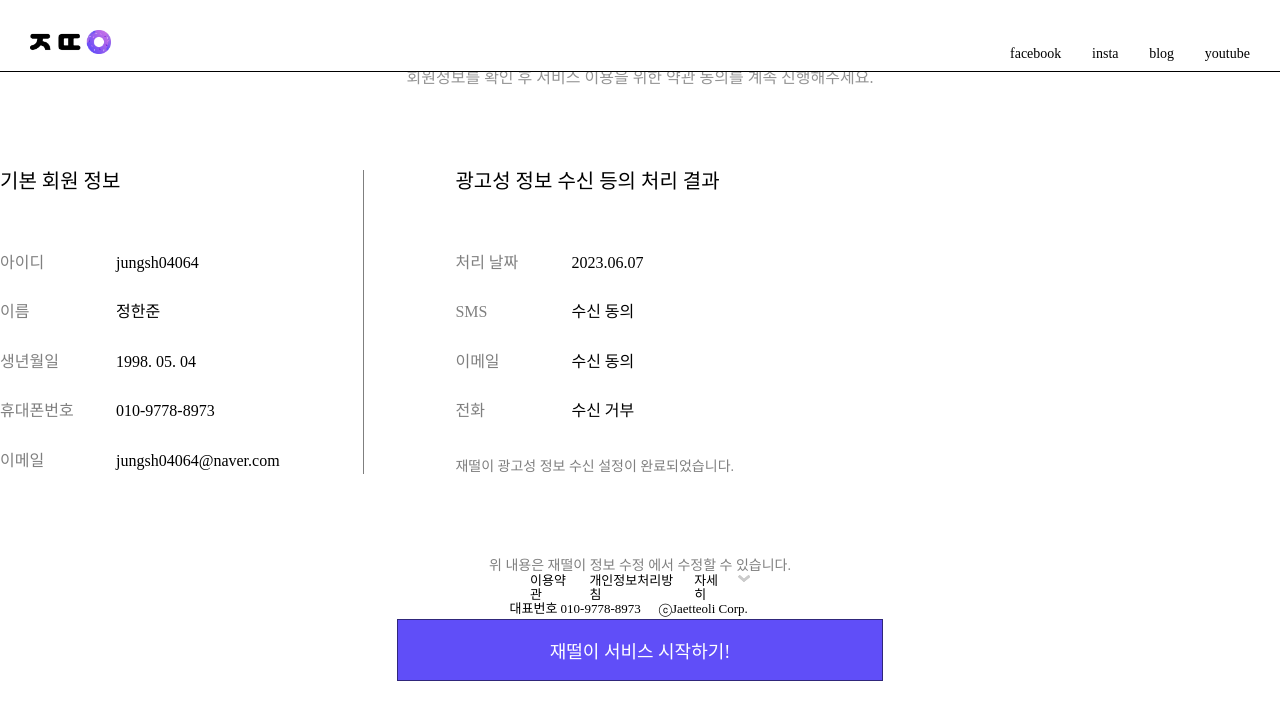
Repository: raoniee/Jaetteoli-React-Project
Page: /signup/complete
The author's editor kept a copy of each file at every save. The page is drawn from the files as they stood at one save, then again after the next save.
The browser window is 1280 px wide. The pictures show the whole page.
Some web fonts or font styles are not loaded; a fallback is used. The project was rebuilt for these pictures with package versions that can differ from the ones it lists, and the page was loaded fresh each time. Also part of the build but not shown: src/component/main/ManageReview.module.css, src/component/main/ReviewContainer.module.css, src/component/main/ReviewItem.module.css, src/component/main/ReviewItem.js, src/component/main/ReviewContainer.js, src/component/sidebar/SideBar.module.css, src/component/sidebar/SideBar.js, src/component/main/ManageReview.js and 53 more.

Above is the page before, as saved 2023-07-06 21:51:06.

### public/index.html
<!DOCTYPE html>
<html lang="en">
<script src="//t1.daumcdn.net/mapjsapi/bundle/postcode/prod/postcode.v2.js"></script>
<head>
  <meta charset="utf-8" />
  <link rel="icon" href="%PUBLIC_URL%/favicon.ico" />
  <meta name="viewport" content="width=device-width, initial-scale=1" />
  <meta name="theme-color" content="#000000" />
  <meta name="description" content="Web site created using create-react-app" />
  <link rel="apple-touch-icon" href="%PUBLIC_URL%/logo192.png" />
  <link rel="manifest" href="%PUBLIC_URL%/manifest.json" />
  <title>재떨이</title>
</head>

<body>
  <div id="overlays"></div>
  <div id="root"></div>
</body>

</html>

### src/App.js
import Header from "./component/header/Header";
import ManageReview from "./component/main/ManageReview";
import TodayMenu from "./component/main/TodayMenu";
import TodayOrder from "./component/main/TodayOrder";
import ManageSale from "./component/main/ManageSale";

// Membership
import MembershipStart from "./component/memberShip/MembershipStart";
import MembershipInformation from "./component/memberShip/MembershipInformation";
import MembershipEnd from "./component/memberShip/MembershipEnd";

// login
import LoginStart from "./component/login/LoginStart";
import IDSearch from "./component/login/IDSearch";
import IDShow from "./component/login/IDShow";
import PasswordNew from "./component/login/PasswordNew";

import Regist1 from "./component/register/Regist1";
import Regist2 from "./component/register/Regist2";
import Regist3 from "./component/register/Regist3";

import { RouterProvider, createBrowserRouter } from "react-router-dom";
import SideBar from "./component/sidebar/SideBar";
import Home from "./component/home/Home";

const router = createBrowserRouter([
  { path: "/", element: <Home /> },
  // Membership
  { path: "/signup/agree", element: <MembershipStart /> },
  { path: "/signup/begin", element: <MembershipInformation /> },
  { path: "/signup/complete", element: <MembershipEnd /> },
  // login
  { path: "/login", element: <LoginStart /> },
  { path: "/help", element: <IDSearch /> },
  { path: "/help/complete", element: <IDShow /> },
  { path: "/help/new-pw", element: <PasswordNew /> },
  //
  { path: "/today/menu", element: <TodayMenu /> },
  { path: "/today/order", element: <TodayOrder /> },
  { path: "/review", element: <ManageReview /> },
  { path: "/sales", element: <ManageSale /> },
  { path: "/register/store", element: <Regist1 /> },
  { path: "/register/menu", element: <Regist2 /> },
  { path: "/register/origin", element: <Regist3 /> },
]);

function App() {
  return <RouterProvider router={router} />;
}

export default App;

### src/store/index.js
import React from 'react';
import { configureStore } from '@reduxjs/toolkit';
import authReducer from './auth'

export default configureStore({
    reducer: {
        auth: authReducer
    },
})

### src/component/header/Header.js
import Nav from './Nav';
import style from './Header.module.css'
import logo from '../../assets/images/logo.png'

const Header = () => {
    return (
        <header>
            <div className={style.logo}>
                <img className={style.logoImg} src={logo}></img>
            </div>
            <Nav />
        </header>
    )
}

export default Header;

### src/component/memberShip/MembershipEnd.jsx
import React from "react";
import Footer from "../footer/Footer";
import Header from "../header/Header";
import style from "./MembershipEnd.module.css";

export default function MembershipEnd() {
  return (
    <div className={style.container}>
      <Header />
      <div className={style.MembershipEnd}>
        <span className={style.title}>재떨이 사장님 가입을 축하드립니다!</span>
        <p className={style.title_desc}>
          재떨이 사장님 계정이 생성되었습니다.
          <br />
          회원정보를 확인 후 서비스 이용을 위한 약관 동의를 계속 진행해주세요.
        </p>

        <div className={style.wrap}>
          <div className={style.left}>
            <span>기본 회원 정보</span>
            <div className={style.profile}>
              <ul className={style.profile_left}>
                <li>아이디</li>
                <li>이름</li>
                <li>생년월일</li>
                <li>휴대폰번호</li>
                <li>이메일</li>
              </ul>
              <ul className={style.profile_right}>
                <li>jungsh04064</li>
                <li>정한준</li>
                <li>1998. 05. 04</li>
                <li>010-9778-8973</li>
                <li>jungsh04064@naver.com</li>
              </ul>
            </div>
          </div>

          <div className={style.right}>
            <span>광고성 정보 수신 등의 처리 결과</span>
            <div className={style.result}>
              <ul className={style.result_left}>
                <li>처리 날짜</li>
                <li>SMS</li>
                <li>이메일</li>
                <li>전화</li>
              </ul>
              <ul className={style.result_right}>
                <li>2023.06.07</li>
                <li>수신 동의</li>
                <li>수신 동의</li>
                <li>수신 거부</li>
              </ul>
            </div>

            <p>재떨이 광고성 정보 수신 설정이 완료되었습니다.</p>
          </div>
        </div>

        <p className={style.correction}>
          위 내용은 재떨이 정보 수정 에서 수정할 수 있습니다.
        </p>
        <button className={style.bluebutton}>재떨이 서비스 시작하기!</button>
      </div>
      <Footer />
    </div>
  );
}

### src/store/auth.js
import { createSlice } from '@reduxjs/toolkit';

const initialStateValue = { jwt: '', name: '', firstLogin: 1, menuRegister: 1 }

export const authSlice = createSlice({
    name: "auth",
    initialState: { value: { jwt: '', name: '', firstLogin: 1, menuRegister: 1 } },
    reducers: {
        login: (state, action) => {
            state.value = action.payload
        },
        logout: (state) => {
            state.value = initialStateValue
        }
    },
});

export default authSlice.reducer;
export const { login, logout } = authSlice.actions;

### src/component/header/Nav.js
import style from './Nav.module.css'

const Nav = () => {
    return(
        <nav className={style.nav}>
            <ul className={style.navList}>
                <li>facebook</li>
                <li>insta</li>
                <li>blog</li>
                <li>youtube</li>
            </ul>
        </nav>
    )
}

export default Nav;

### src/component/header/Header.module.css
header {
    font-family: "Pretendard-SemiBold";
    width: 100%;
    height: 72px;
    display: flex;
    align-items: flex-end;
    justify-content: space-between;
    padding: 10px 30px;
    box-sizing: border-box;
    position: fixed;
    top: 0;
    left: 0;
    background-color: white;
    z-index: 1;
    border-bottom: 1px solid black;
}

.logoImg {
    width: 81px;
    height: 24px;
    margin-bottom: 4px;
}

### src/component/footer/Footer.jsx
import React from "react";
import style from "./Footer.module.css";
import { ReactComponent as ArrowDown } from '../../assets/images/arrow_down.svg'

export default function Footer() {
  return (
    <footer>
      <ul className={style.top}>
        <li>이용약관</li>
        <li>개인정보처리방침</li>
        <li>
          <p>자세히</p>
          <ArrowDown></ArrowDown>
        </li>
      </ul>
      <ul className={style.bottom}>
        <li>대표번호 010-9778-8973</li>
        <li>ⓒJaetteoli Corp.</li>
      </ul>
    </footer>
  );
}

### src/component/memberShip/MembershipEnd.module.css
.container {
  display: flex;
  flex-direction: column;
}

.MembershipInformation {
  margin: 0 auto;
  margin-top: 240px;
  margin-bottom: 45px;
}

.title {
  display: block;
  text-align: center;
  font-weight: 300;
  font-size: 24px;
  line-height: 26.4px;
  margin-bottom: 25px;
}

.title_desc {
  font-weight: 300;
  font-size: 16px;
  line-height: 17.6px;
  text-align: center;
  color: rgba(147, 147, 147, 1);
  margin-bottom: 83px;
}

.wrap {
  display: flex;
  width: 736px;
  margin-bottom: 84px;
}

.wrap span {
  display: block;
  font-weight: 300;
  font-size: 20px;
  line-height: 22px;
  margin-bottom: 62px;
}

.left {
  width: 396px;
  border-right: 1px solid rgba(0, 0, 0, 0.5);
}

.profile {
  display: flex;
}

.profile_left {
  display: flex;
  flex-direction: column;
  gap: 32px;
  width: 116px;

  font-size: 300;
  font-size: 16px;
  line-height: 17.6px;
  color: rgba(0, 0, 0, 0.5);
}

.profile_right {
  display: flex;
  flex-direction: column;
  gap: 32px;
  font-size: 300;
  font-size: 16px;
  line-height: 17.6px;
  color: rgba(0, 0, 0, 1);
}

.right {
  width: 396px;
  padding-left: 91px;
}

.result {
  display: flex;
  margin-bottom: 39px;
}

.result_left {
  display: flex;
  flex-direction: column;
  gap: 32px;
  width: 116px;

  font-size: 300;
  font-size: 16px;
  line-height: 17.6px;
  color: rgba(0, 0, 0, 0.5);
}

.result_right {
  display: flex;
  flex-direction: column;
  gap: 32px;
  font-size: 300;
  font-size: 16px;
  line-height: 17.6px;
  color: rgba(0, 0, 0, 1);
}

.right p {
  font-size: 14px;
  line-height: 15.4px;
  color: rgba(0, 0, 0, 0.5);
}

.correction {
  font-size: 14px;
  line-height: 15.4px;
  color: rgba(0, 0, 0, 0.5);
  text-align: center;
}

.bluebutton {
  position: absolute;
  left: 50%;
  transform: translate(-50%, 0);
  width: 486px;
  height: 62px;
  background-color: rgba(96, 78, 248, 1);
  border: 1px solid rgba(0, 0, 0, 0.5);
  color: rgba(255, 255, 255, 1);
  margin-top: 45px;
}

### src/component/header/Nav.module.css
.nav {
    font-family: "Pretendard-Regular";
    font-size: 14px;
}

.navList {
    width: 240px;
    display: flex;
    justify-content: space-between;
}

### src/component/memberShip/AgreeAlert.module.css
* {
  font-family: "Fira Sans";
  box-sizing: border-box;
}

.wrap {
  position: absolute;
  top: 50%;
  left: 50%;
  transform: translate(-50%, -50%);
  width: 771px;
  height: 568px;
}

.top {
  display: flex;
  justify-content: space-between;
  background-color: #604ef8;
  height: 55.8px;
}

.top .title {
  font-weight: 500;
  font-size: 14px;
  line-height: 55.8px;
  color: #ffffff;
  margin-left: 31px;
}

.top .close {
  margin-top: 22px;
  margin-right: 32px;
  cursor: pointer;
}

.middle {
  background: white;
  padding: 20px 30px;
}

.middle .information ul {
  display: flex;
  margin-bottom: 15px;
}

.middle .information ul li {
  font-weight: 500;
  font-size: 13px;
  line-height: 15.6px;
}

.middle .information ul li:nth-child(1) {
  flex-grow: 15;
}
.middle .information ul li:nth-child(2) {
  text-align: right;
  flex-grow: 1;
}
.middle .information ul li:nth-child(3) {
  text-align: right;
  flex-grow: 1;
}

.middle .information p {
  padding: 10px 7px;
  height: 360.97px;
  font-weight: 400;
  font-size: 11px;
  line-height: 13.2px;
  border: 1px solid #dadada;
  overflow-y: scroll;
}

.bottom {
  position: relative;
  height: 82px;
  background-color: #f6f6f6;
}

.bottom button {
  position: absolute;
  bottom: 21px;
  right: 30.5px;
  width: 97.5px;
  height: 31px;
  border: 1px solid #604ef8;
  border-radius: 5px;
  cursor: pointer;
}

### src/component/footer/Footer.module.css
/* * {
  outline: 1px solid #363;
} */

footer {
  height: 71px;
  font-weight: 300;
  font-size: 13px;
  line-height: 14.3px;
}

footer ul {
  display: flex;
}

.top {
  width: 220px;
  gap: 14px;
  margin: 0 auto;
}

.top li {
  display: flex;
}

.top li p {
  margin-right: 10px;
}

.bottom {
  width: 261px;
  gap: 18px;
  margin: 0 auto;
}

### src/component/home/Login.module.css
.btnContainer {
    width: 276px;
    height: 48px;
    display: flex;
    justify-content: space-around;
}

button {
    width: 114px;
    height: 48px;
    border: 2px solid #604EF8;
    font-family: 'Pretendard-Regular';
    font-size: 18px;
}

.login {
    background-color: white;

}

.signup {
    background-color: #604EF8;
    color: white;
}

Loaded but not shown: src/index.js (common file); src/index.css (common file)

After the next save:
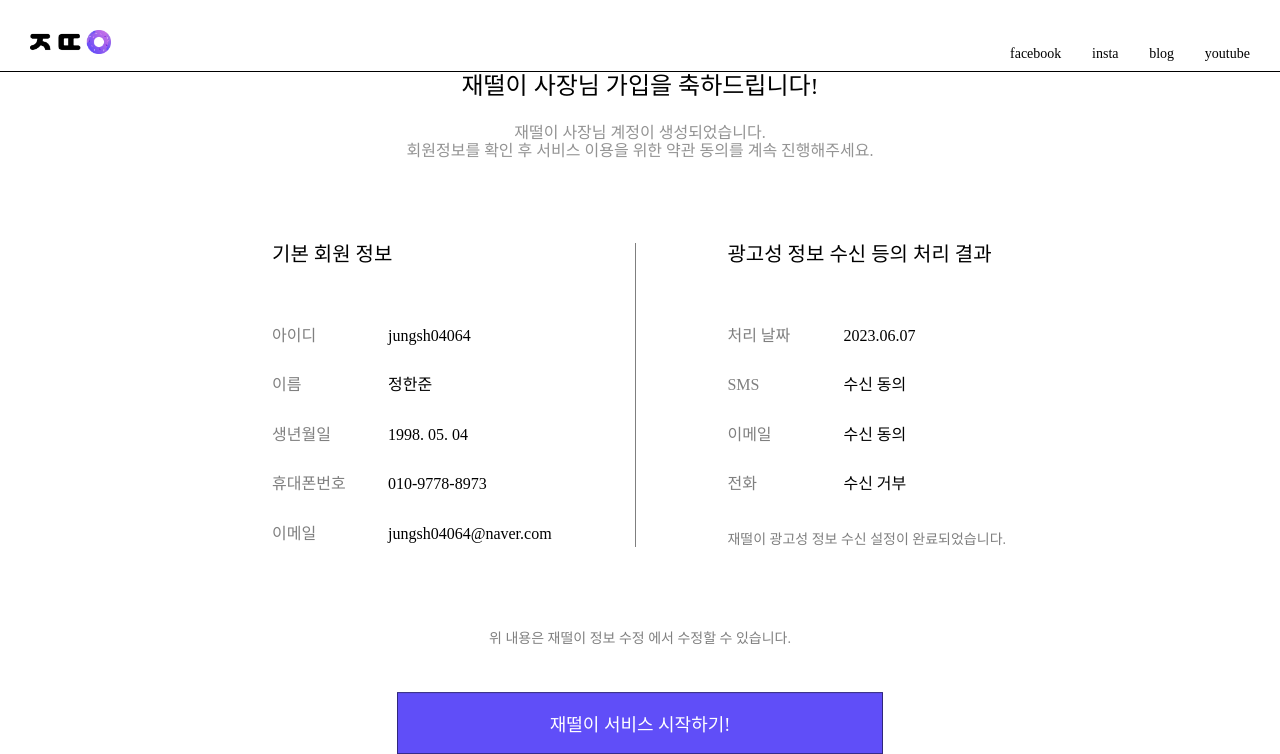
Saved 13 s later.
--- a/src/component/memberShip/MembershipEnd.module.css
+++ b/src/component/memberShip/MembershipEnd.module.css
@@ -3,10 +3,11 @@
   flex-direction: column;
 }
 
-.MembershipInformation {
-  margin: 0 auto;
-  margin-top: 240px;
-  margin-bottom: 45px;
+.MembershipEnd {
+  position: absolute;
+  top: 50%;
+  left: 50%;
+  transform: translate(-50%, -50%);
 }
 
 .title {
